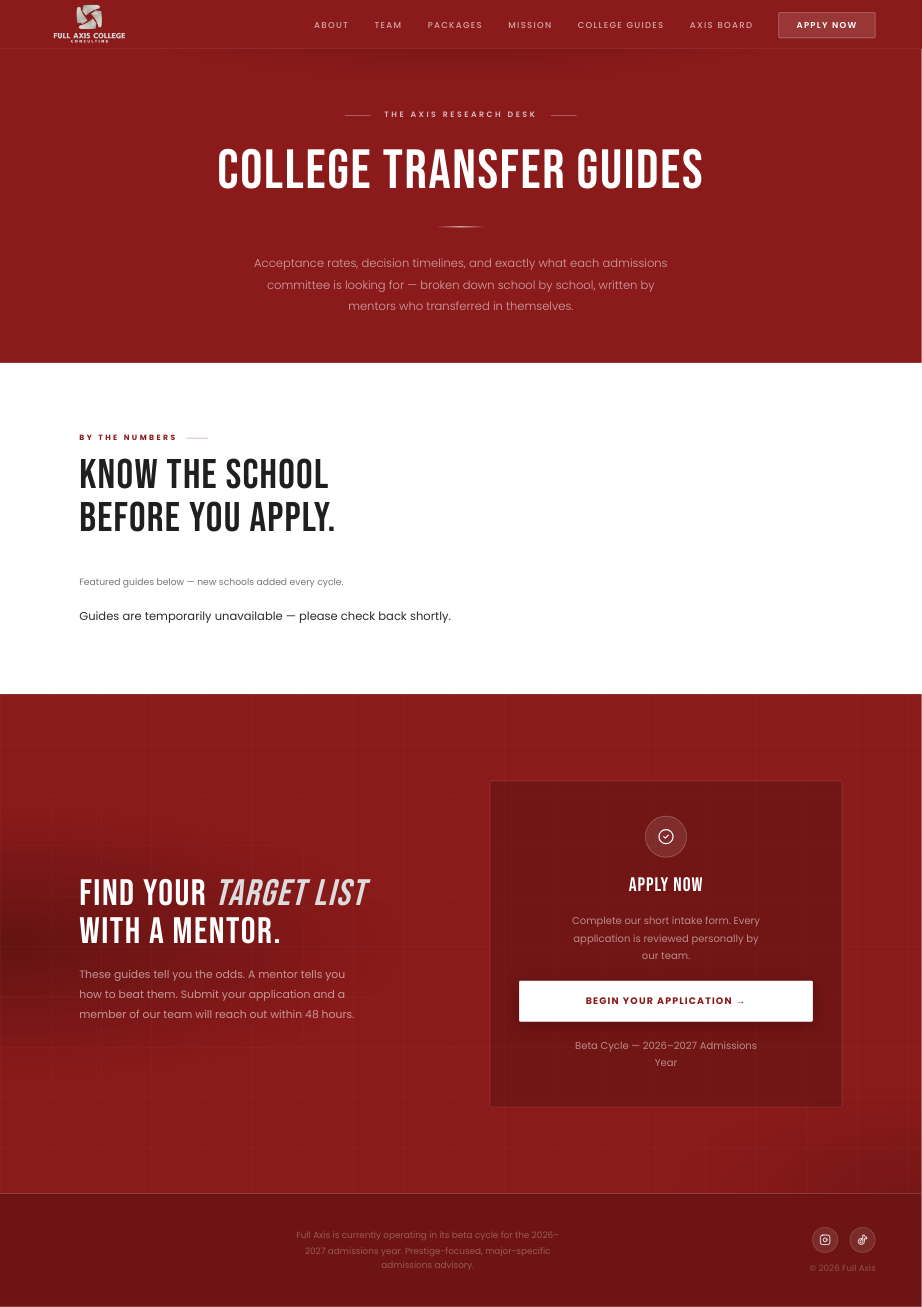
Repository: epeguero8311/cesar
Page: college-guides/index.html
An editor plug-in stored every save of this project. The page is shown before and after the next save, followed by the edit.
The browser window is 1280 px wide. The pictures show the whole page, at 72% of full size.

Above is the page before, as saved 2026-07-14 21:20:32.

### college-guides/index.html
<!DOCTYPE html>
<html lang="en">
<head>
<meta charset="UTF-8" />
<meta name="viewport" content="width=device-width, initial-scale=1.0" />
<link rel="icon" type="image/png" href="../Untitled_design__1_-removebg-preview.png" />
<title>College Transfer Guides | Full Axis College Consulting</title>
<link rel="preconnect" href="https://fonts.googleapis.com" />
<link rel="preconnect" href="https://fonts.gstatic.com" crossorigin />
<link href="https://fonts.googleapis.com/css2?family=Bebas+Neue&family=Poppins:ital,wght@0,300;0,400;0,500;0,600;0,700;1,400&display=swap" rel="stylesheet" />
<link rel="stylesheet" href="../style.css" />
</head>
<body>

<!-- NAV -->
<nav>
  <div class="nav-brand">
    <a href="../index.html"><img src="../IMG_4736-removebg-preview.png" alt="Full Axis" class="nav-logo-img" /></a>
  </div>
 <ul class="nav-links">
  <li><a href="../index.html#mission">About</a></li>
  <li><a href="../index.html#team">Team</a></li>
  <li><a href="../index.html#pricing">Packages</a></li>
<li><a href="../transfer-blueprint/index.html">Mission</a></li>
   <li><a href="../college-guides/index.html">College Guides</a></li>
  <li><a href="../kill-board/index.html">Axis Board</a></li>
  <li><a href="../index.html#apply" class="nav-cta">Apply Now</a></li>
</ul>
</nav>

<!-- SUB HERO -->
<section class="sub-hero">
  <div class="sub-hero-inner">
    <div class="hero-eyebrow">The Axis Research Desk</div>
    <h1 class="sub-hero-title">College Transfer Guides</h1>
    <div class="hero-rule"></div>
    <p class="sub-hero-sub">Acceptance rates, decision timelines, and exactly what each admissions committee is looking for — broken down school by school, written by mentors who transferred in themselves.</p>
  </div>
</section>

<section class="tb-section">
  <div class="section-inner">
    <div class="section-label">By The Numbers</div>
    <h2 class="section-title">Know the school<br />before you apply.</h2>

    <div class="guides-toolbar">
      <p class="guides-count">Featured guides below — new schools added every cycle.</p>
    </div>

    <div class="guides-grid reveal" id="guides-grid">
      <!-- cards injected by JS from guides-data.json -->
    </div>

  </div>
</section>

<!-- CTA -->
<section id="apply">
  <div class="section-inner">
    <div class="apply-grid reveal">
      <div>
        <h2 class="apply-title">Find your <em>target list</em><br />with a mentor.</h2>
        <p class="apply-sub">These guides tell you the odds. A mentor tells you how to beat them. Submit your application and a member of our team will reach out within 48 hours.</p>
      </div>
      <div class="apply-box">
        <div class="apply-icon">
          <svg viewBox="0 0 24 24"><path d="M9 12l2 2 4-4M21 12a9 9 0 11-18 0 9 9 0 0118 0z"/></svg>
        </div>
        <h3>Apply Now</h3>
        <p>Complete our short intake form. Every application is reviewed personally by our team.</p>
        <a href="https://docs.google.com/forms/d/e/1FAIpQLSdoFQlOemhVGL9cHiw1zWZMkfWvCgZNxgydIc3T4HkZGuN4dA/viewform?usp=header"
        target="_blank" rel="noopener noreferrer" class="btn-apply">Begin Your Application →</a>
        <p class="apply-fine">Beta Cycle — 2026–2027 Admissions Year</p>
      </div>
    </div>
  </div>
</section>

<!-- FOOTER -->
<footer>
  <div class="ft-logo"> <span></span></div>
  <div class="ft-note">Full Axis is currently operating in its beta cycle for the 2026–2027 admissions year. Prestige-focused, major-specific admissions advisory.</div>
  <div class="ft-right">
    <div class="ft-social">
      <a href="https://www.instagram.com/fullaxisconsulting?igsh=MTVjaGZybGl2OHJxNw==" target="_blank" rel="noopener noreferrer" aria-label="Instagram">
        <svg viewBox="0 0 24 24" stroke="white" fill="none" stroke-width="1.8" stroke-linecap="round" stroke-linejoin="round">
          <rect x="2" y="2" width="20" height="20" rx="5" ry="5"/>
          <circle cx="12" cy="12" r="4"/>
          <circle cx="17.5" cy="6.5" r="0.5" fill="white" stroke="none"/>
        </svg>
      </a>
      <a href="https://www.tiktok.com/@fullaxiscc?_r=1&_t=ZP-95ywb3mjwBK" target="_blank" rel="noopener noreferrer" aria-label="TikTok">
        <svg viewBox="0 0 24 24" fill="white" stroke="none">
          <path d="M19.59 6.69a4.83 4.83 0 01-3.77-4.25V2h-3.45v13.67a2.89 2.89 0 01-2.88 2.5 2.89 2.89 0 01-2.89-2.89 2.89 2.89 0 012.89-2.89c.28 0 .54.04.79.1V9.01a6.33 6.33 0 00-.79-.05 6.34 6.34 0 00-6.34 6.34 6.34 6.34 0 006.34 6.34 6.34 6.34 0 006.33-6.34V8.69a8.24 8.24 0 004.84 1.56V6.81a4.85 4.85 0 01-1.07-.12z"/>
        </svg>
      </a>
    </div>
    <div class="ft-copy">© 2026 Full Axis</div>
  </div>
</footer>
<style>
.ft-right{display:flex;flex-direction:column;align-items:flex-end;gap:0.75rem}
@media(max-width:580px){.ft-right{align-items:center}}
</style>

<script src="../main.js"></script>
<script>
(async function () {
  const grid = document.getElementById('guides-grid');
  try {
    const res = await fetch('guides-data.json');
    const data = await res.json();

    const cardsHtml = Object.values(data).map(school => `
      <a href="guide.html?school=${encodeURIComponent(school.slug)}" class="guide-card">
        <div class="guide-crest">${school.crest}</div>
        <h3>${school.name}</h3>
        <div class="guide-stat-row">
          <div class="guide-stat">Acceptance Rate<strong>${school.stats.rate}</strong></div>
          <div class="guide-stat">Decision<strong>${school.stats.decisionsReleased}</strong></div>
        </div>
        <p>${school.blurb}</p>
      </a>
    `).join('');

    grid.innerHTML = cardsHtml + `
      <div class="guide-card-more">
        More guides — Stanford, Swarthmore, Amherst, Williams, Georgia Tech, and the full UC system — are on deck. Ask your mentor for the school-specific breakdown in the meantime.
      </div>
    `;
  } catch (err) {
    console.error('Failed to load guides data:', err);
    grid.innerHTML = '<p>Guides are temporarily unavailable — please check back shortly.</p>';
  }
})();
</script>
</body>
</html>

Loaded but not shown: college-guides/guides-data.json (2297 lines, source omitted); main.js (5 lines, source omitted); style.css (517 lines, source omitted)

After the next save:
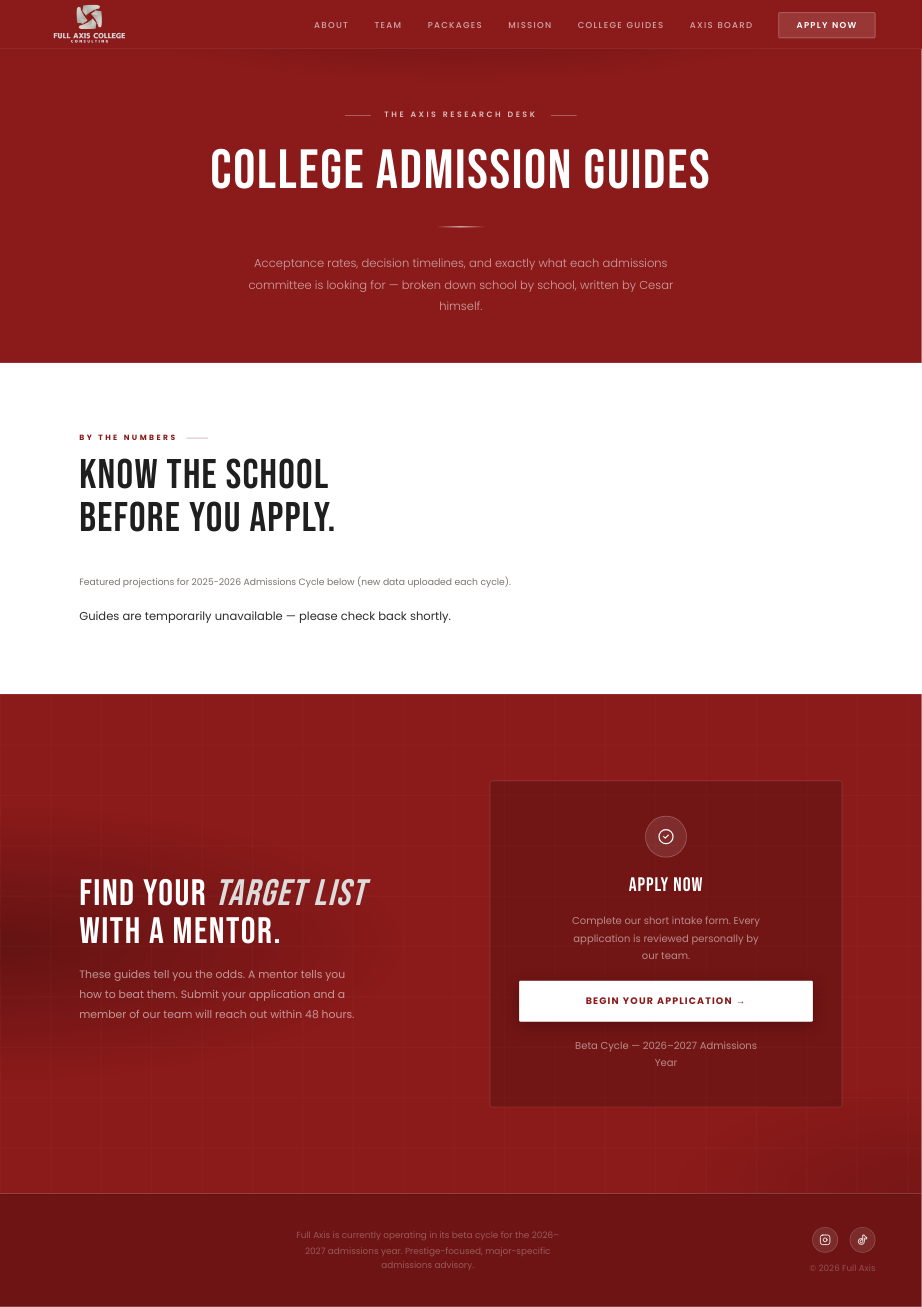
Saved 35 s later.
--- a/college-guides/index.html
+++ b/college-guides/index.html
@@ -4,7 +4,7 @@
 <meta charset="UTF-8" />
 <meta name="viewport" content="width=device-width, initial-scale=1.0" />
 <link rel="icon" type="image/png" href="../Untitled_design__1_-removebg-preview.png" />
-<title>College Transfer Guides | Full Axis College Consulting</title>
+<title>College Admission Guides | Full Axis College Consulting</title>
 <link rel="preconnect" href="https://fonts.googleapis.com" />
 <link rel="preconnect" href="https://fonts.gstatic.com" crossorigin />
 <link href="https://fonts.googleapis.com/css2?family=Bebas+Neue&family=Poppins:ital,wght@0,300;0,400;0,500;0,600;0,700;1,400&display=swap" rel="stylesheet" />
@@ -32,9 +32,9 @@
 <section class="sub-hero">
   <div class="sub-hero-inner">
     <div class="hero-eyebrow">The Axis Research Desk</div>
-    <h1 class="sub-hero-title">College Transfer Guides</h1>
+    <h1 class="sub-hero-title">College Admission Guides</h1>
     <div class="hero-rule"></div>
-    <p class="sub-hero-sub">Acceptance rates, decision timelines, and exactly what each admissions committee is looking for — broken down school by school, written by mentors who transferred in themselves.</p>
+    <p class="sub-hero-sub">Acceptance rates, decision timelines, and exactly what each admissions committee is looking for — broken down school by school, written by Cesar himself.</p>
   </div>
 </section>
 
@@ -44,7 +44,7 @@
     <h2 class="section-title">Know the school<br />before you apply.</h2>
 
     <div class="guides-toolbar">
-      <p class="guides-count">Featured guides below — new schools added every cycle.</p>
+      <p class="guides-count">Featured projections for 2025-2026 Admissions Cycle below (new data uploaded each cycle).</p>
     </div>
 
     <div class="guides-grid reveal" id="guides-grid">
@@ -111,23 +111,22 @@
     const res = await fetch('guides-data.json');
     const data = await res.json();
 
-    const cardsHtml = Object.values(data).map(school => `
-      <a href="guide.html?school=${encodeURIComponent(school.slug)}" class="guide-card">
-        <div class="guide-crest">${school.crest}</div>
-        <h3>${school.name}</h3>
-        <div class="guide-stat-row">
-          <div class="guide-stat">Acceptance Rate<strong>${school.stats.rate}</strong></div>
-          <div class="guide-stat">Decision<strong>${school.stats.decisionsReleased}</strong></div>
-        </div>
-        <p>${school.blurb}</p>
-      </a>
-    `).join('');
-
-    grid.innerHTML = cardsHtml + `
-      <div class="guide-card-more">
-        More guides — Stanford, Swarthmore, Amherst, Williams, Georgia Tech, and the full UC system — are on deck. Ask your mentor for the school-specific breakdown in the meantime.
+  const cardsHtml = Object.values(data).map(school => `
+    <a href="guide.html?school=${encodeURIComponent(school.slug)}" class="guide-card">
+      <div class="guide-crest">${school.crest}</div>
+      <h3>${school.name}</h3>
+      <div class="guide-stat-row">
+        <div class="guide-stat">First-Year Rate<strong>${school.firstYear.rate}</strong></div>
+        <div class="guide-stat">FY Decision<strong>${school.firstYear.decisionsReleased}</strong></div>
       </div>
-    `;
+      <div class="guide-stat-row">
+        <div class="guide-stat">Transfer Rate<strong>${school.transfer.rate}</strong></div>
+        <div class="guide-stat">Transfer Decision<strong>${school.transfer.decisionsReleased}</strong></div>
+      </div>
+      <p>${school.blurb}</p>
+    </a>
+  `).join('');
+grid.innerHTML = cardsHtml;
   } catch (err) {
     console.error('Failed to load guides data:', err);
     grid.innerHTML = '<p>Guides are temporarily unavailable — please check back shortly.</p>';
